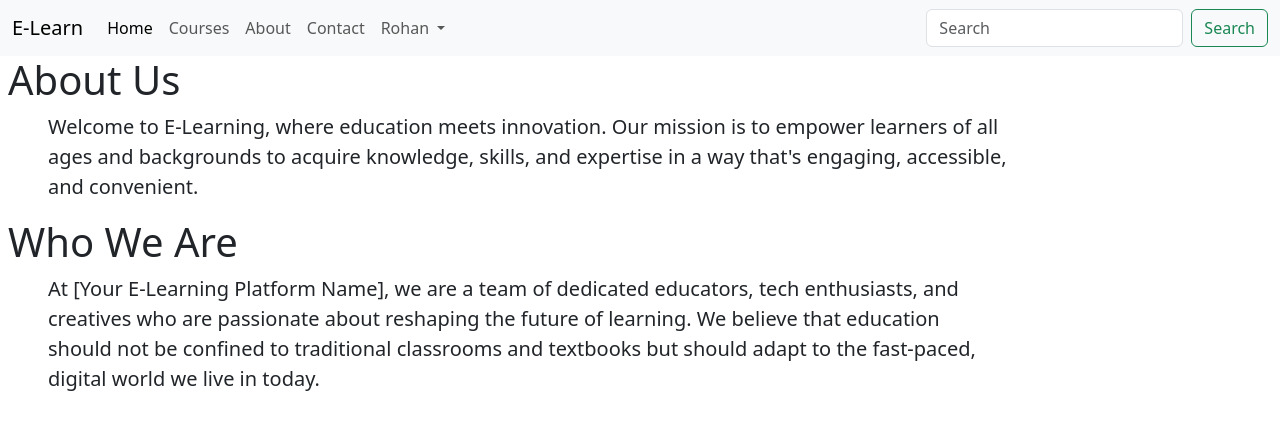
Repository: syni18/bootstrap_elarn
Page: About.html
An editor plug-in stored every save of this project. The page is shown before and after the next save, followed by the edit.
The browser window is 1280 px wide. The pictures show the whole page.

Above is the page before, as saved 2023-10-25 23:07:56.

After the next save:
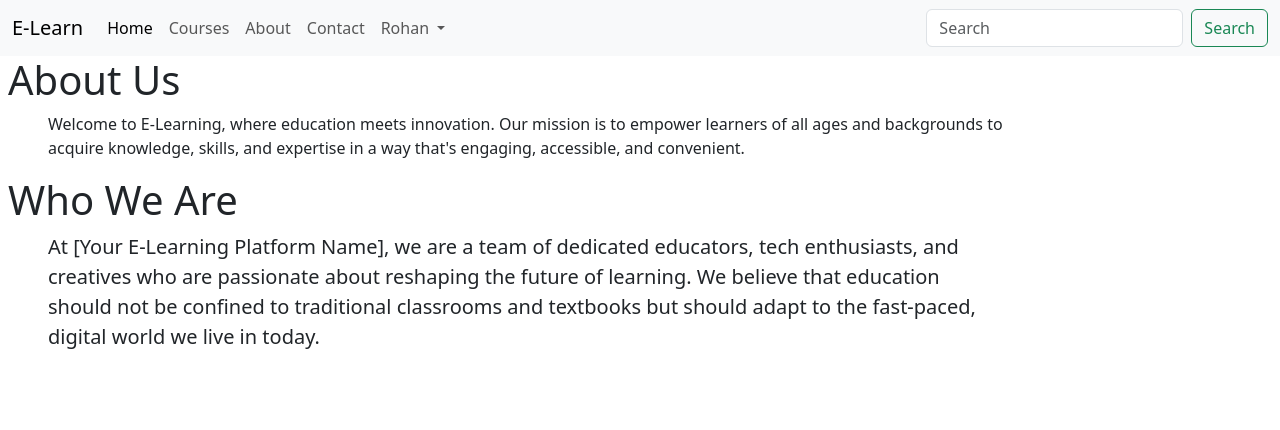
Saved 7 s later.
--- a/About.html
+++ b/About.html
@@ -48,7 +48,7 @@
 </nav>
 <div>
     <h6 class="display-6 ms-2">About Us</h6>
-    <p class="w-75 ms-5 fs-5">Welcome to E-Learning, where education meets innovation. Our mission is to empower learners of all ages and backgrounds to acquire knowledge, skills, and expertise in a way that's engaging, accessible, and convenient.</p>
+    <p class="w-75 ms-5 fs-6">Welcome to E-Learning, where education meets innovation. Our mission is to empower learners of all ages and backgrounds to acquire knowledge, skills, and expertise in a way that's engaging, accessible, and convenient.</p>
 </div>
 <div>
     <h6 class="display-6 ms-2">Who We Are</h6>

After the save that followed:
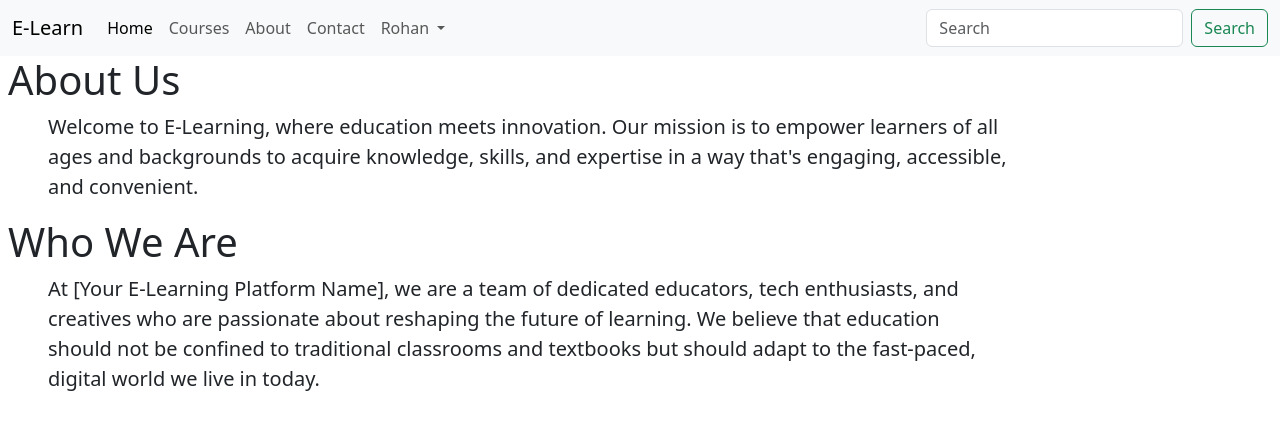
Saved 4 s later.
--- a/About.html
+++ b/About.html
@@ -48,7 +48,7 @@
 </nav>
 <div>
     <h6 class="display-6 ms-2">About Us</h6>
-    <p class="w-75 ms-5 fs-6">Welcome to E-Learning, where education meets innovation. Our mission is to empower learners of all ages and backgrounds to acquire knowledge, skills, and expertise in a way that's engaging, accessible, and convenient.</p>
+    <p class="w-75 ms-5 fs-5">Welcome to E-Learning, where education meets innovation. Our mission is to empower learners of all ages and backgrounds to acquire knowledge, skills, and expertise in a way that's engaging, accessible, and convenient.</p>
 </div>
 <div>
     <h6 class="display-6 ms-2">Who We Are</h6>
